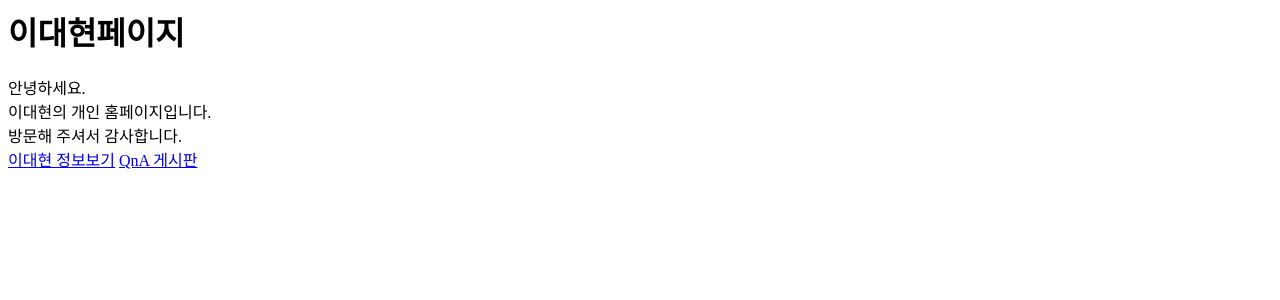
Repository: daelong/JavaStudy
Page: webproject/WebContent/MyPage.html
These files come from the project's save history. The page is drawn as it stood at one moment and after the next save; the edit follows.
The browser window is 1280 px wide. The pictures show the whole page.

Above is the page before, as saved 2019-04-02 08:48:45.

After the next save:
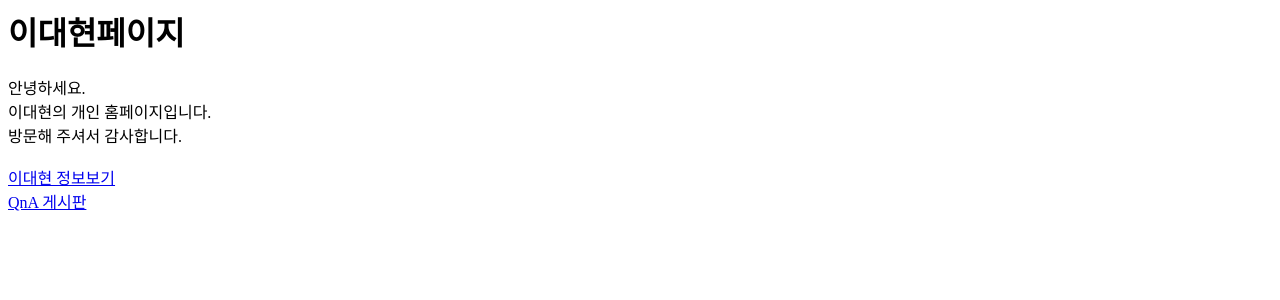
Saved 3 min 9 s later.
--- a/webproject/WebContent/MyPage.html
+++ b/webproject/WebContent/MyPage.html
@@ -7,8 +7,8 @@
 	<H1>이대현페이지</H1>
 	안녕하세요.<BR>
 	이대현의 개인 홈페이지입니다.<BR>
-	방문해 주셔서 감사합니다.<BR>
-	<a href="/webproject/MyProperty.jsp">이대현 정보보기</a>
+	방문해 주셔서 감사합니다.<BR><BR>
+	<a href="/webproject/MyProperty.jsp">이대현 정보보기</a><BR>
 	<a href="/webproject/QnABoard.jsp">QnA 게시판</a>
 </body>
 </html>
